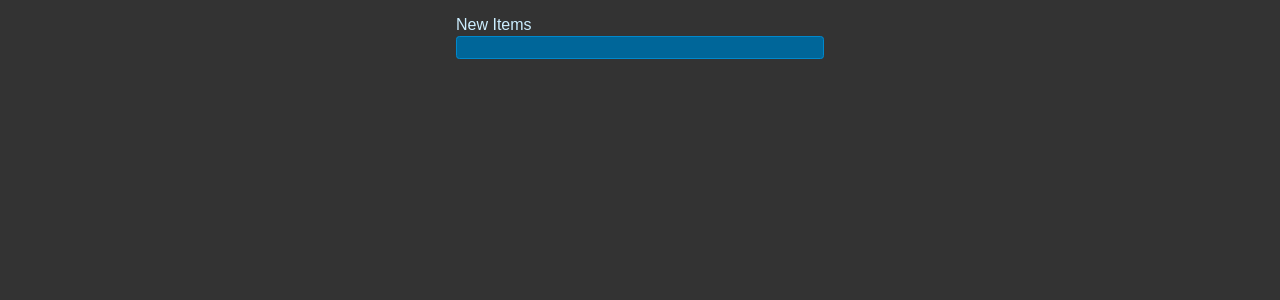
Repository: emailherds/react_todolist
Page: /
These files come from the project's save history. The page is drawn as it stood at one moment and after the next save; the edit follows.
The browser window is 1280 px wide. The pictures show the whole page.
The project was rebuilt for these pictures with package versions that can differ from the ones it lists, and the page was loaded fresh each time. Also part of the build but not shown: vite.config.js.

Above is the page before, as saved 2023-09-29 14:44:11.

After the next save:
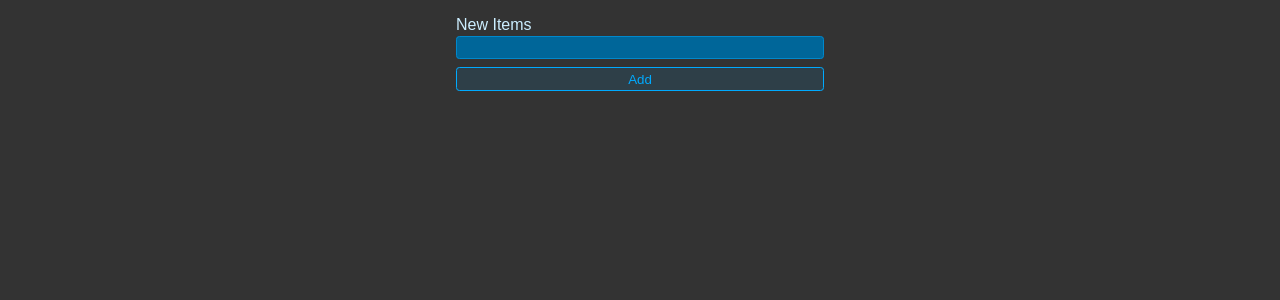
Saved 75 s later.
--- a/src/App.jsx
+++ b/src/App.jsx
@@ -6,6 +6,7 @@ export default function App(){
       <label htmlFor="item">New Items</label>
       <input type="text" id="item"/>
     </div>
+    <button className="btn">Add</button>
   </form>;
 }
 //
